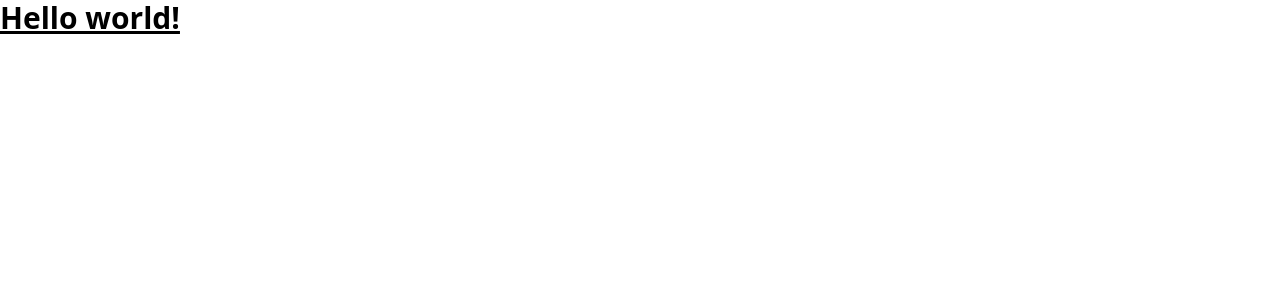
Repository: sevilgenysf/firebase
Page: /forgot-password
These files come from the project's save history. The page is drawn as it stood at one moment and after the next save; the edit follows.
The browser window is 1280 px wide. The pictures show the whole page.
The project was rebuilt for these pictures with package versions that can differ from the ones it lists, and the page was loaded fresh each time.

Above is the page before, as saved 2023-01-02 15:04:24.

After the next save:
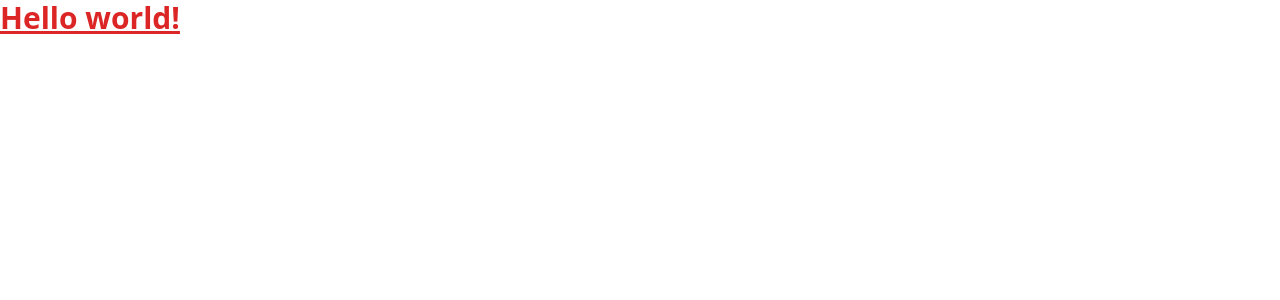
Saved 59 s later.
--- a/src/App.js
+++ b/src/App.js
@@ -1,5 +1,7 @@
 const App = () => {
-	return <h1 className="text-3xl font-bold underline">Hello world!</h1>;
+	return (
+		<h1 className=" text-red-600 text-3xl font-bold underline">Hello world!</h1>
+	);
 };
 
 export default App;
